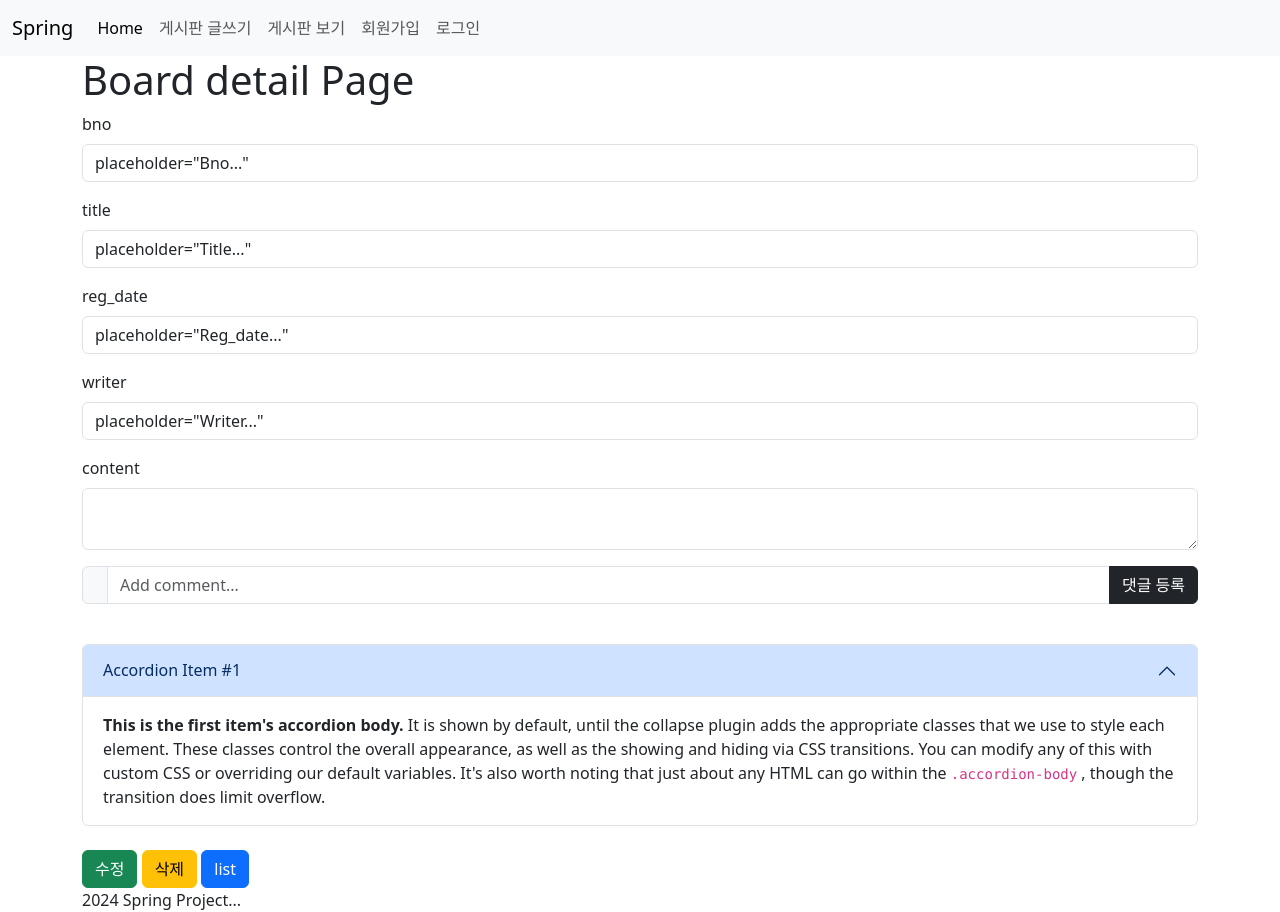
Repository: wanted2001/jsp_project
Page: http://localhost/spring_study/WEB-INF/views/board/detail.jsp
These files come from the project's save history. The page is drawn as it stood at one moment and after the next save; the edit follows.
The browser window is 1280 px wide. The pictures show the whole page.
The page is served by Tomcat 9. Nobody is signed in. The template is opened directly, without the code that normally fills it, so the values that code supplies are empty.

Above is the page before, as saved 2024-04-26 02:47:18.

After the next save:
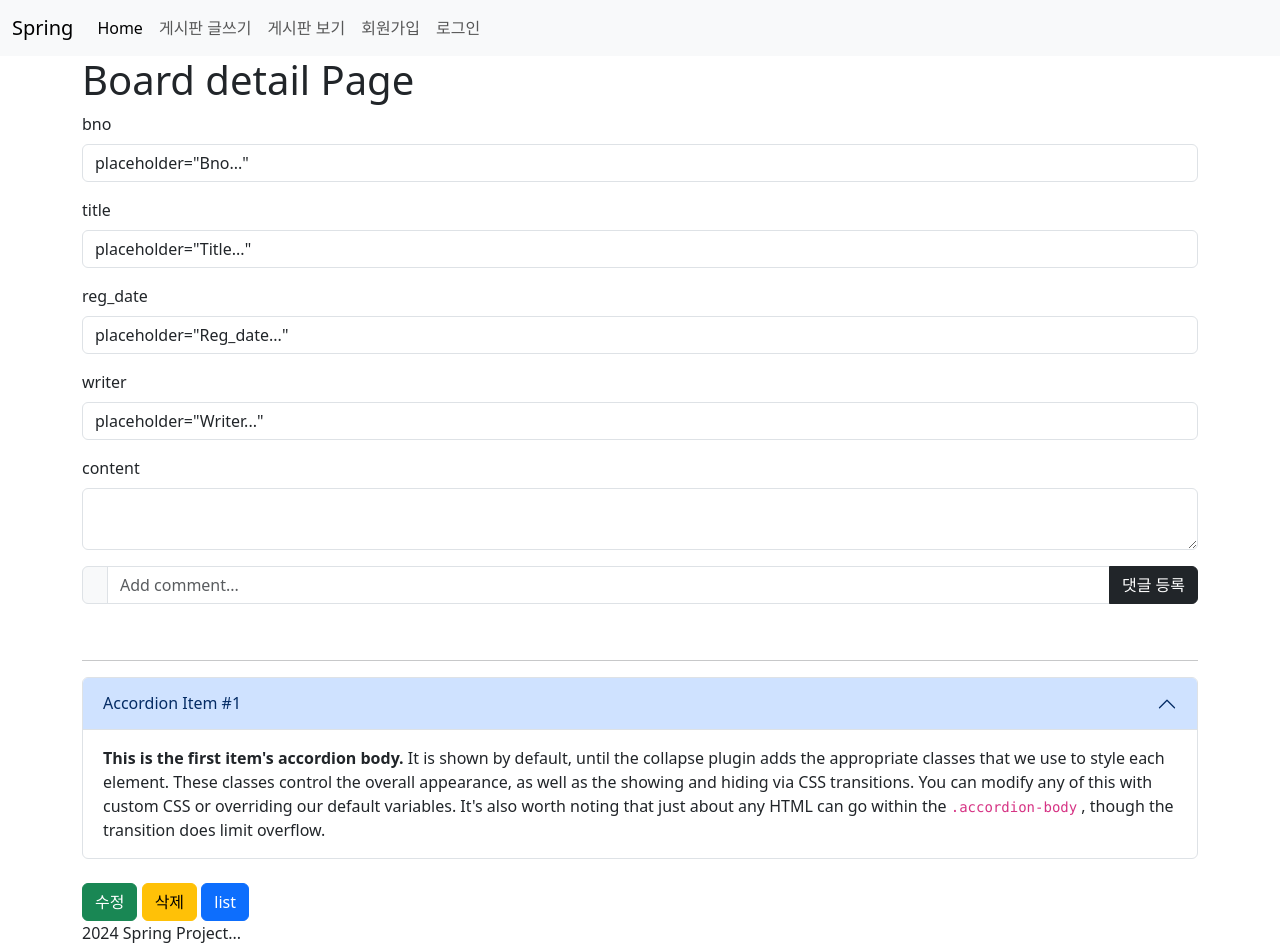
Saved 4 s later.
--- a/spring_study/src/main/webapp/WEB-INF/views/board/detail.jsp
+++ b/spring_study/src/main/webapp/WEB-INF/views/board/detail.jsp
@@ -38,8 +38,7 @@
 		<button type="button" id="cmtAddBtn" class="btn btn-dark">댓글
 			등록</button>
 	</div>
-	<br>
-	<hr.
+	<br><hr>
 	<!-- 댓글 출력 라인 -->
 	<div class="accordion" id="accordionExample">
 		<div class="accordion-item">
